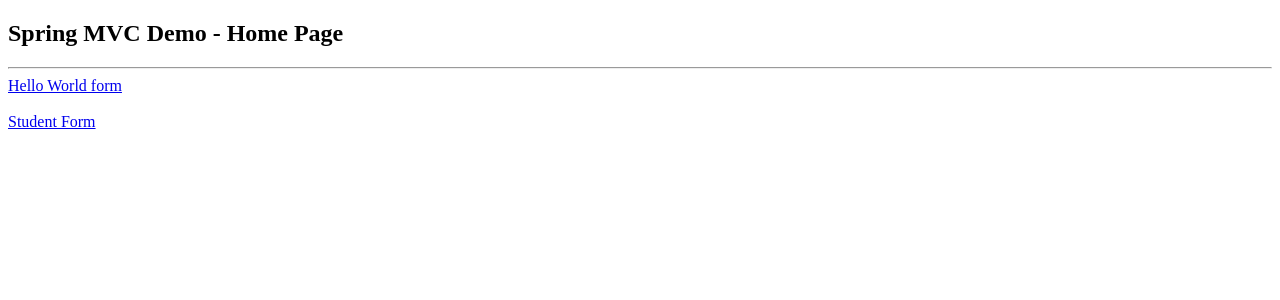
Repository: karishmakapur/SpringFramework
Page: http://localhost/spring-mvc-demo/
The author's editor kept a copy of each file at every save. The page is drawn from the files as they stood at one save, then again after the next save.
The browser window is 1280 px wide. The pictures show the whole page.
The page is served by Tomcat 9. Other server files are loaded and not shown.

Above is the page before, as saved 2019-08-19 18:41:56.

### spring-mvc-demo/WebContent/WEB-INF/view/main-menu.jsp
<!DOCTYPE html> <!-- Defines the document type -->

<html> <!--  Defines an html document -->

	<body> <!-- Body section of page -->

		<h2> Spring MVC Demo - Home Page</h2> <!-- Sub heading -->

		<hr> <!-- Defines a horizontal rule. Defines a thematic break in an HTML page -->

		<a href="hello/showForm">Hello World form</a> <!-- Defines a hyperlink -->

		<br> <br>

		<a href="student/showForm">Student Form</a>

	</body>

</html>

After the next save:
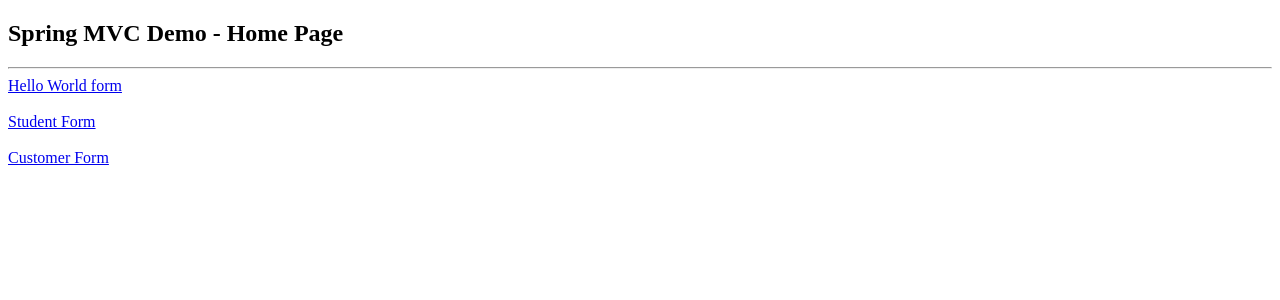
Saved 2 min 13 s later.
--- a/spring-mvc-demo/WebContent/WEB-INF/view/main-menu.jsp
+++ b/spring-mvc-demo/WebContent/WEB-INF/view/main-menu.jsp
@@ -14,6 +14,10 @@
 
 		<a href="student/showForm">Student Form</a>
 
+		<br> <br>
+
+		<a href="customer/showForm">Customer Form</a>
+
 	</body>
 
 </html>
